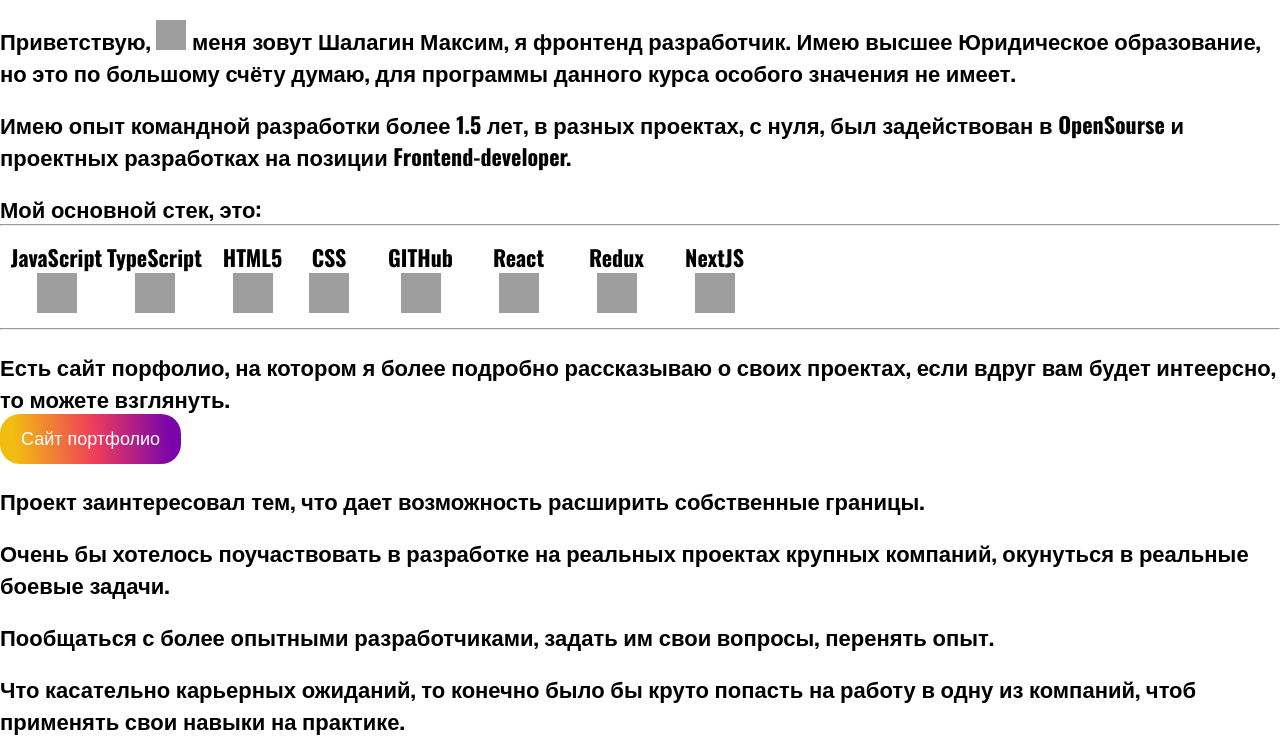
Repository: ni4egonepridumal/letter
Page: index.html
These files come from the project's save history. The page is drawn as it stood at one moment and after the next save; the edit follows.
The browser window is 1280 px wide. The pictures show the whole page.
Pictures or frames that could not be fetched are drawn as grey boxes.

Above is the page before, as saved 2024-01-18 17:59:27.

After the next save:
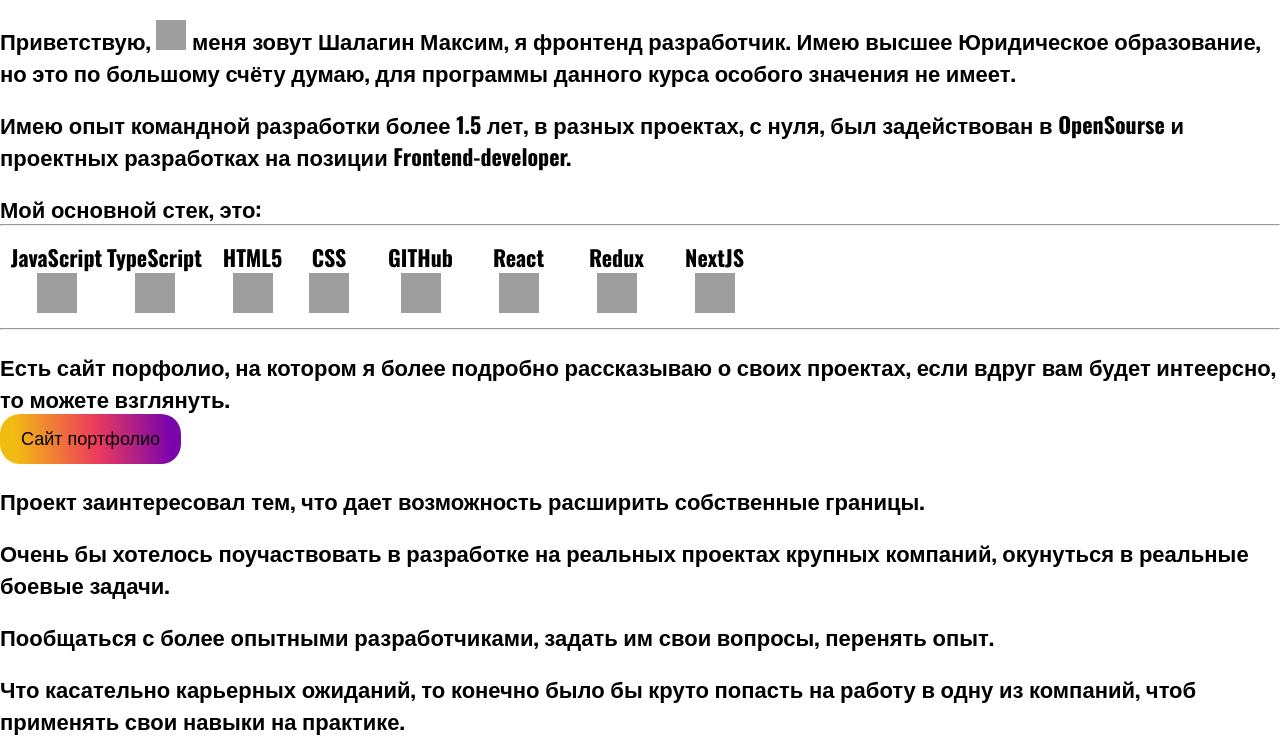
Saved 97 s later.
--- a/index.html
+++ b/index.html
@@ -115,11 +115,11 @@
         Есть сайт порфолио, на котором я более подробно рассказываю о своих
         проектах, если вдруг вам будет интеерсно, то можете взглянуть.
       </p>
-      <button class="inner_href">
-        <a class="href" href="https://portfolio-three-taupe-20.vercel.app/"
-          >Сайт портфолио</a
-        >
-      </button>
+
+      <a class="href" href="https://portfolio-three-taupe-20.vercel.app/">
+        <button class="inner_href">Сайт портфолио</button></a
+      >
+
       <p>
         Проект заинтересовал тем, что дает возможность расширить собственные
         границы.
